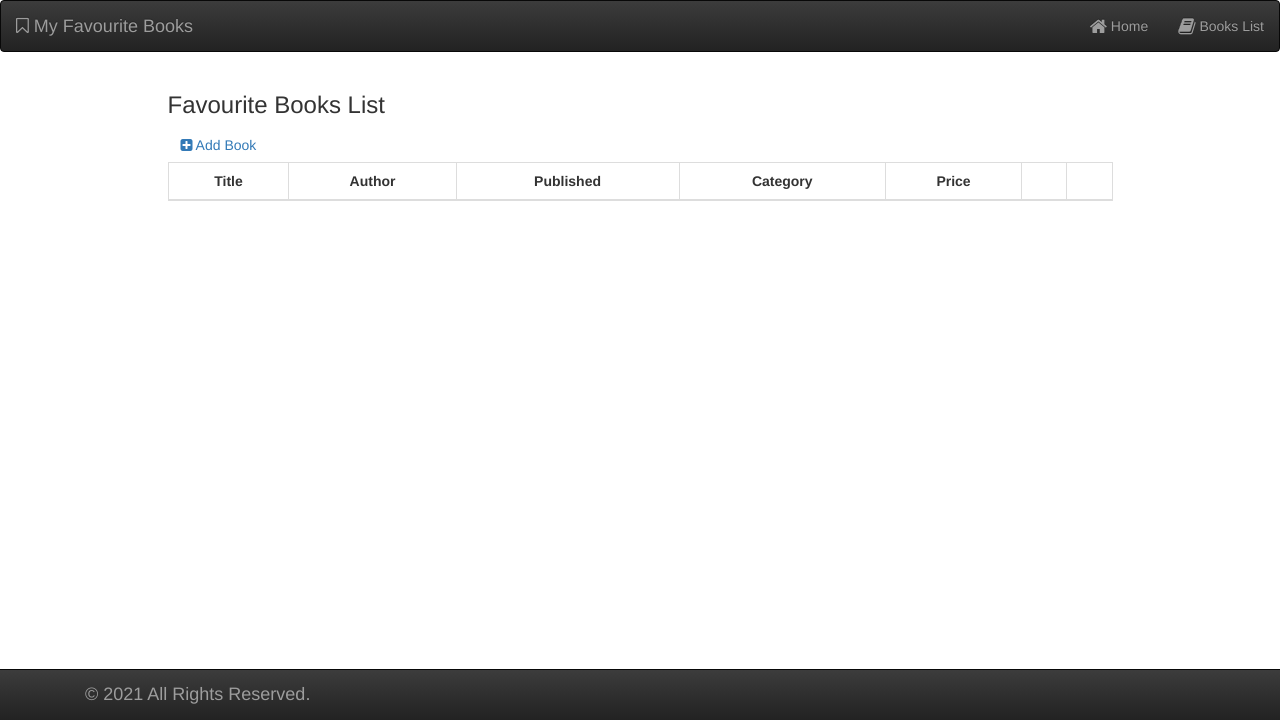
Repository: Ann8002/COMP229-F2021-MidTerm
Page: http://localhost/books
An editor plug-in stored every save of this project. The page is shown before and after the next save, followed by the edit.
The browser window is 1280 px wide. The pictures show the whole page.
The page is served by the project's Node server (server.js). Other server files are loaded and not shown. Queries for data that is not in the repository find no rows.

Above is the page before, as saved 2021-10-29 13:45:21.

### server/views/books/index.ejs
<%- include('../partials/header.ejs'); %>

    <!-- MAIN CONTENT -->
    <div class="container">
      <div class="row">
        <div class="col-md-offset-1 col-md-10">
          <h3>Favourite Books List </h3>
          <!-- ------------------------ -->
          <!-- FIX THE ADD BUTTON BELOW -->
          <!-- ------------------------ -->
          <a href="/books/details" class="btn btn-Info"><i class="fa fa-plus-square"></i> Add Book </a>
          <br>
          <div class="table-responsive">
            <table class="table table-bordered table-striped table-hover">
              <thead>
                <tr>
                  <th class="text-center">Title</th>
                  <th class="text-center">Author</th>
                  <th class="text-center">Published</th>
                  <th class="text-center">Category</th>
                  <th class="text-center">Price</th>
                  <th class="text-center"></th>
                  <th class="text-center"></th>
                </tr>
                </thead>
                <tbody>
                <!-- Template Row -->
                <% for (let count = 0; count < books.length; count++) { %>
                <tr>
                  <td class="text-center"><%= books[count].title %></td>
                  <td class="text-center"><%= books[count].author %></td>
                  <td class="text-center"><%= books[count].published %></td>
                  <td class="text-center"><%= books[count].category %></td>
                  <td class="text-center"><%= books[count].price %></td>

                  <!-- ------------------------ -->
                    <!-- ADDED EDIT BUTTON  -->
                    <!-- ------------------------ -->
                  <td class="text-center">
                    <a href="/books/edit/<%= books[count]._id %>" class="btn btn-info"><i class="fa fa-pencil"></i> Edit</a>

                  </td>
                  <!-- ------------------------ -->
                    <!-- ADDED DELETE BUTTON -->
                    <!-- ------------------------ -->
                  <td class="text-center">
                    <a href="/books<%= books[count]._id %>" class="btn btn-danger"><i class="fa fa-trash"></i> Delete</a>

                  </td>
                </tr>
                <% } %>
              </tbody>
            </table>
          </div>
           <div class="col-md-offset-1 col-md-10 text-center">
            <ul class="pagination pagination-lg pager" id="myPager"></ul>
          </div>
        </div>
      </div>
    </div>

<%- include('../partials/footer.ejs'); %>

### server/views/partials/header.ejs
<!DOCTYPE html>
<html lang="en">
  <head>
    <meta charset="utf-8">
    <meta name="viewport" content="width=device-width, initial-scale=1">
    <title><%= title %></title>
    <!-- CSS SECTION -->
    <link rel="stylesheet" href="/Scripts/lib/bootstrap/dist/css/bootstrap.min.css">
    <link rel="stylesheet" href="/Scripts/lib/bootstrap/dist/css/bootstrap-theme.min.css">
    <link rel="stylesheet" href="/Scripts/lib/font-awesome/css/font-awesome.min.css">
    <link rel='stylesheet' href='/Content/app.css' />
  </head>
  <body>

  <nav class="navbar navbar-inverse" role="navigation">
    <!-- Brand and toggle get grouped for better mobile display -->
    <div class="navbar-header">
      <button type="button" class="navbar-toggle" data-toggle="collapse" data-target=".navbar-ex1-collapse">
        <span class="sr-only">Toggle navigation</span>
        <span class="icon-bar"></span>
        <span class="icon-bar"></span>
        <span class="icon-bar"></span>
      </button>
      <a class="navbar-brand" href="/"><i class="fa fa-bookmark-o"></i> My Favourite Books</a>
    </div>

    <!-- Collect the nav links, forms, and other content for toggling -->
    <div class="collapse navbar-collapse navbar-ex1-collapse">
      <ul class="nav navbar-nav navbar-right">
        <% if(title == "Home") { %>
          <li class="active"><a href="/"><i class="fa fa-home fa-lg"></i> Home</a></li>
        <% } else { %>
          <li><a href="/"><i class="fa fa-home fa-lg"></i> Home</a></li>
        <% } %>

          <% if(title == "books") { %>
          <li class="active"><a href="/books"><i class="fa fa-book fa-lg">
          </i> Books List</a></li>
          <% } else { %>
            <li><a href="/books"><i class="fa fa-book fa-lg">
            </i> Books List</a></li>
          <% } %>

      </ul>
    </div><!-- /.navbar-collapse -->
  </nav>

### server/views/partials/footer.ejs

<nav class="navbar navbar-inverse navbar-fixed-bottom">
  <div class="container">
    <h4  class="navbar-text">&copy; 2021 All Rights Reserved.</h4>
  </div>
</nav>



<!-- JAVASCRIPT SECTION -->
    <script src="/Scripts/lib/jquery/dist/jquery.min.js"></script>
    <script src="/Scripts/lib/bootstrap/dist/js/bootstrap.min.js"></script>
    <script src="/Scripts/app.js"></script>
  </body>
</html>

### server.js
// File Name: COMP229-F2021-MidTerm-301150331
// Author's Name: Sindhu Binil
// StudentID: 301150331
// Web App Name: comp229-f2021-mt-301150331

let app = require('./server/config/app');
let debug = require('debug')('comp308-w2019-midterm:server');
let http = require('http');

/**
 * Get port from environment and store in Express.
 */

let port = normalizePort(process.env.PORT || '3000');
app.set('port', port);

/**
 * Create HTTP server.
 */

let server = http.createServer(app);

/**
 * Listen on provided port, on all network interfaces.
 */

server.listen(port);
server.on('error', onError);
server.on('listening', onListening);

/**
 * Normalize a port into a number, string, or false.
 */

function normalizePort(val) {
  let port = parseInt(val, 10);

  if (isNaN(port)) {
    // named pipe
    return val;
  }

  if (port >= 0) {
    // port number
    return port;
  }

  return false;
}

/**
 * Event listener for HTTP server "error" event.
 */

function onError(error) {
  if (error.syscall !== 'listen') {
    throw error;
  }

  let bind = typeof port === 'string'
    ? 'Pipe ' + port
    : 'Port ' + port;

  // handle specific listen errors with friendly messages
  switch (error.code) {
    case 'EACCES':
      console.error(bind + ' requires elevated privileges');
      process.exit(1);
      break;
    case 'EADDRINUSE':
      console.error(bind + ' is already in use');
      process.exit(1);
      break;
    default:
      throw error;
  }
}

/**
 * Event listener for HTTP server "listening" event.
 */

function onListening() {
  let addr = server.address();
  let bind = typeof addr === 'string'
    ? 'pipe ' + addr
    : 'port ' + addr.port;
  debug('Listening on ' + bind);
}

### server/routes/books.js
// File Name: COMP229-F2021-MidTerm-301150331
// Author's Name: Sindhu Binil
// StudentID: 301150331
// Web App Name: comp229-f2021-mt-301150331

// modules required for routing
let express = require('express');
let router = express.Router();
let mongoose = require('mongoose');
const books = require('../models/books');

// define the book model
let book = require('../models/books');

/* GET books List page. READ */
router.get('/', (req, res, next) => {
  // find all books in the books collection
  book.find( (err, books) => {
    if (err) {
      return console.error(err);
    }
    else
    {
      res.render('books/index', {
          title: 'Books',
          books: books

     });

    }
  });

});

//  GET the Book Details page in order to add a new Book
router.get('/:id', (req, res, next) => {
  res.render('books/details', {title: 'Add Book'})

});


// POST process the Book Details page and create a new Book - CREATE
router.post('/details', (req, res, next) => {
    let newBooks = books({
      "title": req.body.title,
      "author": req.body.author,
      "published": req.body.published,
      "category": req.body.category,
      "price": req.body.price
    });

    books.create(newBooks, (err, books) => {
        if(err)
        {
          console.log(err);
          res.end(err);
        }
        else
        {
            //refresh the books
            res.redirect('/books');
        }
    });

});

// GET the Book Details page in order to edit an existing Book
router.get('/edit/:id', (req, res, next) => {
  let id = req.params.id;

  books.findById(id, (err, booksToEdit) => {
    if(err)
    {
      console.log(err);
      res.end(err);
    }
    else
    {
      //show the edit view
      res.render('books/edit', {title: 'Edit Books', books: booksToEdit})
    }
  });
});

// POST - process the information passed from the details form and update the document
router.post('/edit/:id', (req, res, next) => {
    let id = req.params.id

    let updatedBooks = books({
     "_id": id,
     "title": req.body.title,
     "author": req.body.author,
     "published": req.body.published,
     "category": req.body.category,
     "price": req.body.price
    });

    books.updateOne({_id: id}, updatedBooks, (err) => {
      if(err)
      {
        console.log(err);
        res.end(err);
      }
      else
      {
        //refresh the books
        res.redirect('/books');
      }
    });

});

// GET - process the delete by user id
router.get('/delete/:id', (req, res, next) => {
    let id = req.params.id;

    books.remove({_id: id}, (err) => {
      if(err)
      {
        console.log(err);
        res.end(err);
      }
      else
      {
        //refresh the books
        res.redirect('/books');
      }
    });
});


module.exports = router;

### client/Scripts/app.js
/* custom JS goes here */

/* pagination code from http://www.bootply.com/lxa0FF9yhw */
$.fn.pageMe = function(opts){
    var $this = this,
        defaults = {
            perPage: 7,
            showPrevNext: false,
            hidePageNumbers: false
        },
        settings = $.extend(defaults, opts);

    var listElement = $this;
    var perPage = settings.perPage;
    var children = listElement.children();
    var pager = $('.pager');

    if (typeof settings.childSelector!="undefined") {
        children = listElement.find(settings.childSelector);
    }

    if (typeof settings.pagerSelector!="undefined") {
        pager = $(settings.pagerSelector);
    }

    var numItems = children.size();
    var numPages = Math.ceil(numItems/perPage);

    pager.data("curr",0);

    if (settings.showPrevNext){
        $('<li><a href="#" class="prev_link">«</a></li>').appendTo(pager);
    }

    var curr = 0;
    while(numPages > curr && (settings.hidePageNumbers==false)){
        $('<li><a href="#" class="page_link">'+(curr+1)+'</a></li>').appendTo(pager);
        curr++;
    }

    if (settings.showPrevNext){
        $('<li><a href="#" class="next_link">»</a></li>').appendTo(pager);
    }

    pager.find('.page_link:first').addClass('active');
    pager.find('.prev_link').hide();
    if (numPages<=1) {
        pager.find('.next_link').hide();
    }
  	pager.children().eq(1).addClass("active");

    children.hide();
    children.slice(0, perPage).show();

    pager.find('li .page_link').click(function(){
        var clickedPage = $(this).html().valueOf()-1;
        goTo(clickedPage,perPage);
        return false;
    });
    pager.find('li .prev_link').click(function(){
        previous();
        return false;
    });
    pager.find('li .next_link').click(function(){
        next();
        return false;
    });

    function previous(){
        var goToPage = parseInt(pager.data("curr")) - 1;
        goTo(goToPage);
    }

    function next(){
        goToPage = parseInt(pager.data("curr")) + 1;
        goTo(goToPage);
    }

    function goTo(page){
        var startAt = page * perPage,
            endOn = startAt + perPage;

        children.css('display','none').slice(startAt, endOn).show();

        if (page>=1) {
            pager.find('.prev_link').show();
        }
        else {
            pager.find('.prev_link').hide();
        }

        if (page<(numPages-1)) {
            pager.find('.next_link').show();
        }
        else {
            pager.find('.next_link').hide();
        }

        pager.data("curr",page);
      	pager.children().removeClass("active");
        pager.children().eq(page+1).addClass("active");

    }
};

// IIFE
(function(){
  $(".btn-danger").click(function(event){
    if(!confirm("Are you sure?")) {
      event.preventDefault();
      window.location.assign("/books");
    }
  });

 /* pagination code */
  $('#myTable').pageMe(
    {pagerSelector:'#myPager',showPrevNext:true,hidePageNumbers:false,perPage:6}
    );
})();

Loaded but not shown: client/Scripts/lib/bootstrap/dist/css/bootstrap.min.css (library); client/Scripts/lib/bootstrap/dist/css/bootstrap-theme.min.css (library); client/Scripts/lib/font-awesome/css/font-awesome.min.css (library); client/Content/app.css (common file); client/Scripts/lib/jquery/dist/jquery.min.js (library); client/Scripts/lib/bootstrap/dist/js/bootstrap.min.js (library)

After the next save:
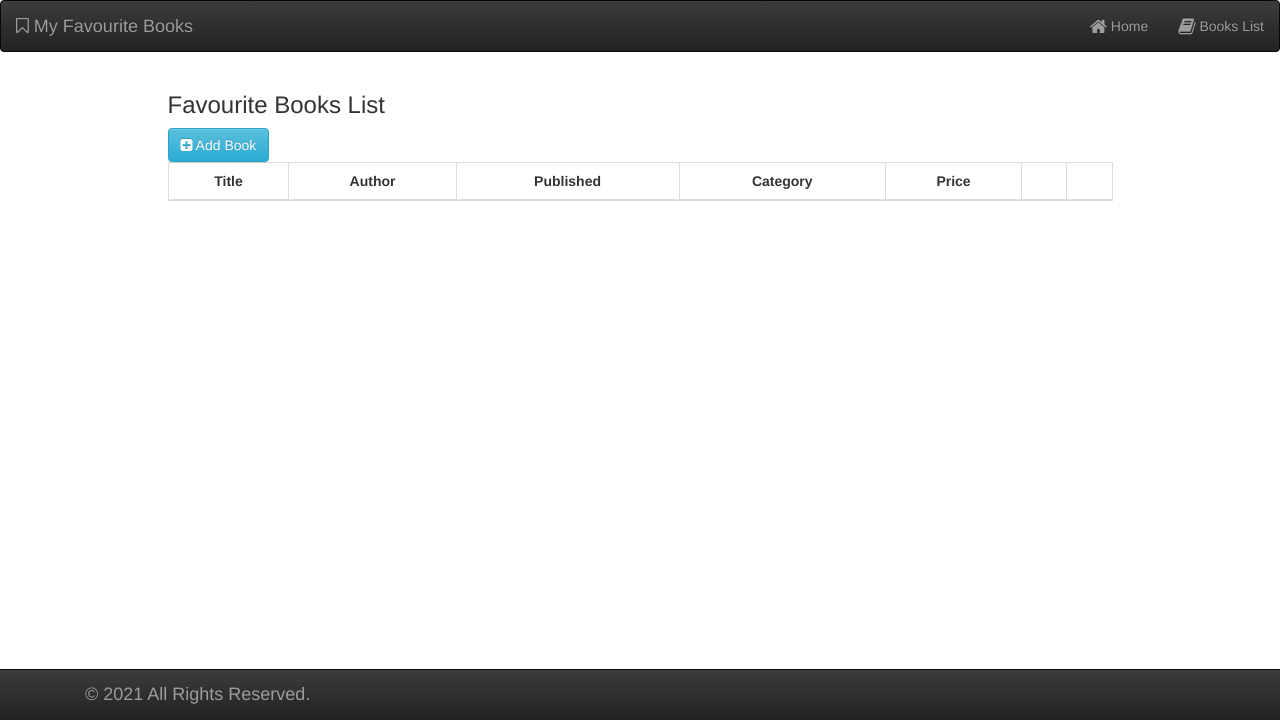
Saved 13 s later.
--- a/server/views/books/index.ejs
+++ b/server/views/books/index.ejs
@@ -8,7 +8,7 @@
           <!-- ------------------------ -->
           <!-- FIX THE ADD BUTTON BELOW -->
           <!-- ------------------------ -->
-          <a href="/books/details" class="btn btn-Info"><i class="fa fa-plus-square"></i> Add Book </a>
+          <a href="/books/details" class="btn btn-info"><i class="fa fa-plus-square"></i> Add Book </a>
           <br>
           <div class="table-responsive">
             <table class="table table-bordered table-striped table-hover">
